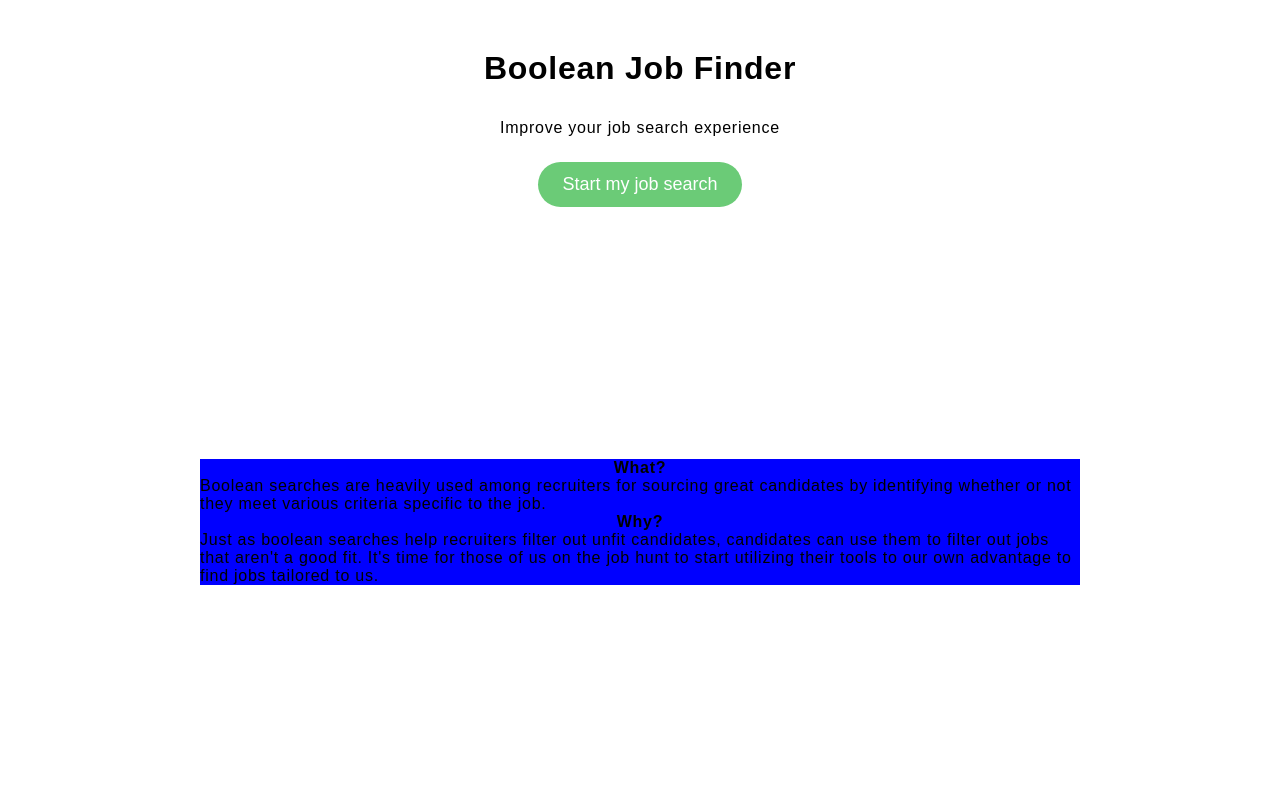
Repository: Rthompson2548/boolean-job-searcher
Page: /
These files come from the project's save history. The page is drawn as it stood at one moment and after a run of saves; the edit follows.
The browser window is 1280 px wide. The pictures show the whole page.
The project was rebuilt for these pictures with package versions that can differ from the ones it lists, and the page was loaded fresh each time.

Above is the page before, as saved 2022-04-05 14:17:45.

### public/index.html
<!DOCTYPE html>
<html lang="en">
  <head>
    <meta charset="utf-8" />
    <link rel="icon" href="%PUBLIC_URL%/favicon.ico" />
    <meta name="viewport" content="width=device-width, initial-scale=1" />
    <meta name="theme-color" content="#000000" />
    <meta
      name="description"
      content="Web site created using create-react-app"
    />
    <link rel="preconnect" href="https://fonts.googleapis.com">
    <link rel="preconnect" href="https://fonts.gstatic.com" crossorigin>
    <link href="https://fonts.googleapis.com/css2?family=Inconsolata&family=League+Spartan&display=swap" rel="stylesheet">

    <title>React App</title>
  </head>
  <body>
    <noscript>You need to enable JavaScript to run this app.</noscript>
    <div id="root"></div>
    <!--
      This HTML file is a template.
      If you open it directly in the browser, you will see an empty page.

      You can add webfonts, meta tags, or analytics to this file.
      The build step will place the bundled scripts into the <body> tag.

      To begin the development, run `npm start` or `yarn start`.
      To create a production bundle, use `npm run build` or `yarn build`.
    -->
  </body>
</html>

### src/App.js
import "./styles.css";
// import { CopyToClipboard } from "react-copy-to-clipboard";
import React, { useState, useEffect, useRef } from "react";



export default function App() {
  let searchCategories = [
    "Experience",
    "Location",
    "Tech Stack",
    "Title",
    "Technologies",
    "Company"
  ];

let defaultCategories = [
  {
    id: 1,
    name: "Experience",
    placeholders: ["Junior", "Entry", "Grad", "Student"]
  },
  {
    id: 2,
    name: "Location",
    placeholders: ["Junior", "Entry", "Grad", "Student"]
  },
  {
    id: 3,
    name: "End",
    placeholders: ["Junior", "Entry", "Grad", "Student"]
  },
  {
    id: 4,
    name: "Title",
    placeholders: ["Junior", "Entry", "Grad", "Student"]
  },
  {
    id: 5,
    name: "Technologies",
    placeholders: ["Junior", "Entry", "Grad", "Student"]
  },
  {
    id: 6,
    name: "Company Name",
    placeholders: ["Junior", "Entry", "Grad", "Student"]
  }
];


const [copyString, setCopyString] = useState("");
const [addCategory, setAddCategory] = useState(false);
const [addCategoryBtnText, setAddCategoryBtnText] = useState(
"Start my job search"
)
const [category, setCategory] = useState("");
const [categoryChosen, setCategoryChosen] = useState(false);
const [categoryOptions, setCategoryOptions] = useState(false);
const [showCategoryForm, setShowCategoryForm] = useState(false);
const [showNewCategoryButton, setShowNewCategoryButton] = useState(true);
const [showName, setShowName] = useState(false);
const [showForm, setShowForm] = useState(false);
const [showAddWordBtn, setShowAddWordBtn] = useState(false)
const [word, setWord] = useState("");
const [list, setList] = useState([]);
const [show, setShow] = useState(false);
const [finishBtn, setFinishBtn] = useState(false);
const [finished, setFinished] = useState(false);
const [result, setResult] = useState([]);
const [doneWarning, setDoneWarning] = useState(false);
const [goodbyeMessage, setGoodbyeMessage] = useState(false);


const handleNewCategory = () => {
  setCategory("");
  setAddCategoryBtnText("Add a category");
  setShowNewCategoryButton(false);
  setFinishBtn(false);
  setCategoryOptions(true);
  setCategoryChosen(false);
};



const handleCustomCategory = () => {
  setShowCategoryForm(true);
  setCategoryOptions(false);
};


const handleCategoryNameChange = event => {
  setCategory(event.target.value);
};

const submitCategory = () => {
  setAddCategory(false);
  setShowName(true);
  setShowNewCategoryButton(false);
  setShowAddWordBtn(true);
  setShowForm(true);
  setShowCategoryForm(false);
};


const handleAddWord = () => {
  setShowForm(true);
  setCategoryOptions(false);
  setCategoryChosen(true);
};


const handleCategoryClick = event => {
  setCategory(event.target.value);
  setCategoryChosen(true);
};


const handleWordChange = event => {
  setWord(event.target.value);
};


  const [noLetters, setNoLetters] = useState(false);

  const submitAsteriskWord = () => {
    if (word.length <= 1) {
      setNoLetters(true);
    } else {
      setList((prevList) => [...prevList, `"${word}*"`]);
      setWord("");
      setShow(true);
      console.log(word);
    }
  };

  const submitWord = () => {
    if (word.length <= 1) {
      setNoLetters(true);
    } else {
      setList((prevList) => [...prevList, `"${word}"`]);
      setWord("");
      setShow(true);
      console.log(word);
    }
  };

  useEffect(() => {
    setCategory(category);
  }, [category]);

  let booleanString = `(${list.join(" OR ")})`;

  const handleSubmitCategoryWords = () => {
    setShowNewCategoryButton(true);
    setShow(false);
    setShowName(false);
    setShowForm(false);
    setFinishBtn(true);
    setResult((previousResult) => [...previousResult, booleanString]);
    console.log(result.join(" AND "));
    console.log(`list: ${list}`);
    setList([]);
    console.log(`list: ${list}`);
    setCopyString(result.join(" AND "));
  };

  const handleGenerateString = () => {
    setFinished(true);
    setFinishBtn(false);
    setShowNewCategoryButton(false);
    setDoneWarning(false);
    // setGoodbyeMessage(true);
  };

const handleDone = () => {
  setDoneWarning(true);
  setFinished(false);
};


const handleConfirmFinished = () => {
  setDoneWarning(false);
  setGoodbyeMessage(true);
  setShow(false);
  setFinished(false);
};



  return (
    <div className="App">
      <div className="header">
        <h1 className="app-title">Boolean Job Finder</h1>
        <p>Improve your job search experience</p>
        <button className="start-btn" onClick={handleNewCategory}>
          {addCategoryBtnText}
        </button>

      </div>
      <div>
    </div>


      {categoryOptions === true && (
        <div>
          <div>
<p className="pick-a-category-txt">Click a category below to start</p>


            {/* iterates through array of category names and returns a button for each */}
            <div className="category-btns">
              {searchCategories.map((value, i) => (
                <button
                  id="category-btn"
                  className="category-btn"
                  key={i}
                  value={searchCategories[i]}
                  onClick={handleCategoryClick}
                >
                  {value}
                </button>
              ))}

            </div>

{
  categoryChosen === true && (
    <button className="continue-btn" onClick={handleAddWord}>
      Continue
    </button>
  )
}
          </div>
        </div>
      )}

{
  showCategoryForm === true && (
    <div>
      <label>Enter a custom category name</label>
      <input
        placeholder="Enter category name"
        onChange={handleCategoryNameChange}
        value={category}
      />

<button onClick={submitCategory}>Submit</button>;

    </div>
  )
}

      {showForm === true && (
        <div className="keyword-form">
          <h1>{category}</h1>

          <div className="keyword-form-info">
            <div>
              <label>Enter 1 or more keywords</label>
            </div>
            <input
              placeholder="Enter two or more letters..."
              value={word}
              onChange={handleWordChange}
            />
          </div>

          <div className="keyword-btns">
            <button onClick={submitWord}>Include exact keyword</button>
            <button onClick={submitAsteriskWord}>
              Include similar keywords
            </button>

          </div>


        </div>
      )}

      {show === true && (
        <div className="keyword-string">
          <h4>{booleanString}</h4>
        </div>
      )}

      {showForm === true && (
        <div>
          <button className="continue-btn" onClick={handleSubmitCategoryWords}>
            Continue
          </button>
        </div>
      )}

      {showNewCategoryButton === true && (
        <div className="what-why">
            <div className="what-why-info">
              <h4>What?</h4>
              <p>
                Boolean searches are heavily used among recruiters for sourcing great
                candidates by identifying whether or not they meet various criteria specific
                to the job.
              </p>
            </div>
            <div className="what-why-info">
              <h4>Why?</h4>
              <p>
                Just as boolean searches help recruiters filter out unfit candidates, candidates can use them to filter out jobs that aren't a good fit. It's time for those of us on the job hunt to start utilizing their tools to our own advantage to find jobs tailored to us.
              </p>
          </div>


        </div>
      )}


      {finishBtn === true && (
        <div>
          <button className="done-btn" onClick={handleGenerateString}>
            Submit
          </button>
        </div>
      )}

      {finished === true && (
        <div className="boolean-string">
          <p value={copyString}>{result.join(" AND ")}</p>
          <button className="done-btn" onClick={handleDone}>
            Done
          </button>
        </div>
      )}

      {doneWarning === true && (
        <div className="boolean-string">
          <p>Are you sure? This cannot be undone</p>
          <button className="done-btn" onClick={handleConfirmFinished}>
            Yes, I am done
          </button>
        </div>
      )}

      {goodbyeMessage === true && (
        <div className="goodye-msg boolean-string">
<p>Goodbye!</p>;

          <button
            className="start-btn"
            onClick={() => window.location.reload(false)}
          >
            Home
          </button>
        </div>
      )}
    </div>
  );
}

### src/styles.css
* {
  margin: 0;
  padding: 0;
  background-color: #fff;
  color: #000;
  /* padding: 18px 0; */
}

.App {
  font-family: sans-serif;
  text-align: center;
  letter-spacing: 0.75px;
}

.header {
  line-height: 2rem;
  letter-spacing: 0.75px;
  padding: 52px 0;
}

img {
  width: 250px;
  height: auto;
}

button {
  /* width: 300px; */
  border-radius: 25px;
  background-color: #fff;
  color: #000;
  border: none;
  margin: 18px 0 0 0;
  font-size: 18px;
}

.app-title {
  margin-bottom: 28px;
  font-size: 32px;
}

h3 {
  font-size: 22px;
}

.what-why {
  padding: 200px;
  border-radius: 20px !important;
  overflow: hidden;
}

.what-why p {
  background-color: blue;
  text-align: left !important;
}

.what-why h4 {
  /* margin: 20px 0 10px 0; */
  background-color: blue;
}


.start-btn {
  background-color: #6bcb77 !important;
  color: #fff;
  font-size: 18px;
  vertical-align: middle;
  padding: 12px 24px;
}

.pick-a-category-txt {
  font-size: 18px;
  margin-bottom: 12px;
}

input {
  background-color: #fff;
  font-size: 18px;
  color: #000;
  width: 260px;
  border: 1.5px solid black;
  border-radius: 25px;
}

label {
  font-size: 20px;
}

.category-btns {
  /* center the element */
  right: 0;
  left: 0;
  margin-right: auto;
  margin-left: auto;
  display: flex;
  flex-direction: column;
  align-items: center;
}

.category-btns button {
  background-color: #ff6b6b;
  color: #fff;
  padding: 12px 42px;
  width: 300px;
}

.category-buttons button:active,
button:focus {
  /* color: #fff !important;
  background-color: #FFD93D !important; */
}

.category-buttons button:visited:after {
  color: #fff !important;
  background-color: #000 !important;
}

.continue-btn {
  background-color: #4d96ff;
  color: #fff;
}

.keyword-form-info {
  margin-top: 24px;
}

.keyword-form-info input {
  padding: 10px 24px 10px 10px;
  margin-top: 16px;
}

.keyword-btns {
  display: flex;
  flex-direction: column;
  align-items: center;
  margin: 10px 0 24px 0;
}

.keyword-btns button {
  background-color: #ff6b6b;
  color: #fff;
  font-size: 18px;
}

.keyword-string {
  padding: 20px;
  font-size: 20px;
  line-height: 2rem;
}

.goodye-msg {
  /* padding-top: 25%; */
  font-size: 42px !important;
}

.goodye-msg button {
  /* background-color: #4D96FF !important; */
  /* vertical-align: middle !important; */
}

.boolean-string {
  font-size: 32px;
  font-weight: bold;
  padding-top: 10%;
}


.boolean-string button {
  background-color: #fa58bc;
  color: #fff;
}

.done-btn {
  background-color: #4d96ff !important;
  color: #fff;
  font-size: 22px;
  vertical-align: middle;
  width: 400px;
  padding: 20px 0;
  margin-top: 36px;
}

.home-btn {
  background-color: #6bcb77 !important;
}

Loaded but not shown: src/index.js (common file); src/index.css (no stored copy; drawn as an empty file)

After the next 2 saves:
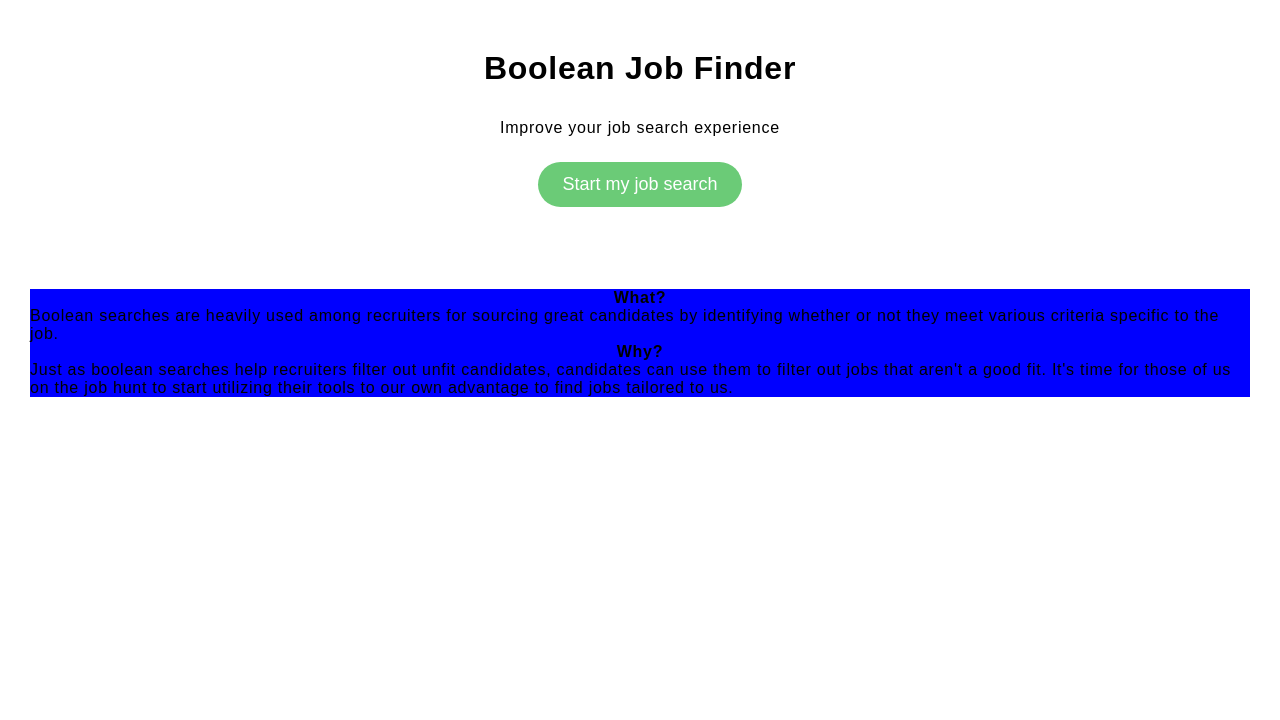
The 2 saves are shown as one change because they came seconds apart.
The last was saved 6 s later.
--- a/src/styles.css
+++ b/src/styles.css
@@ -43,7 +43,7 @@ h3 {
 }
 
 .what-why {
-  padding: 200px;
+  padding: 30px;
   border-radius: 20px !important;
   overflow: hidden;
 }
